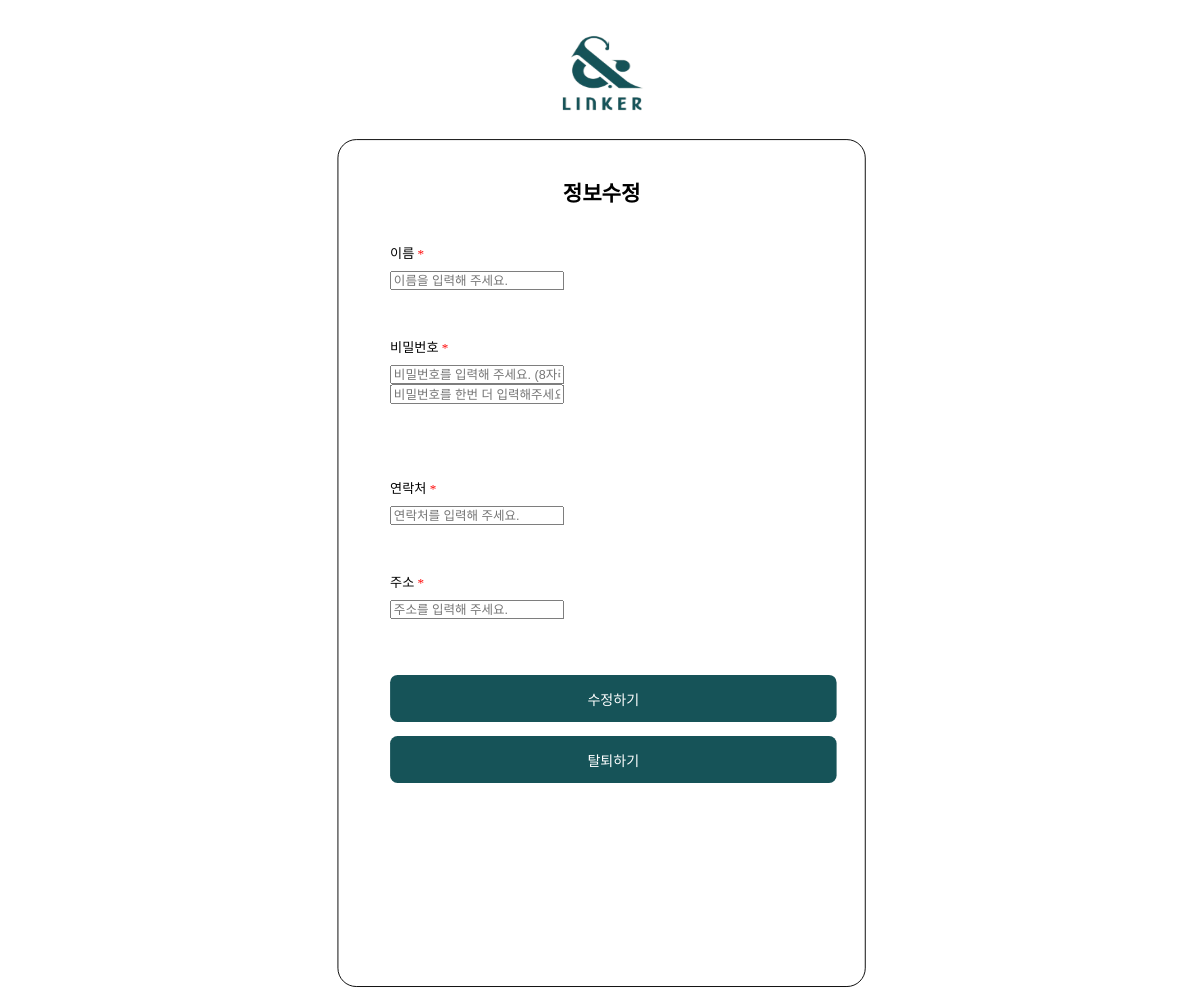
Repository: soomseting/let_me_go
Page: http://localhost/LINKER_re/jsp/main/user_update.jsp
The author's editor kept a copy of each file at every save. The page is drawn from the files as they stood at one save, then again after the next save.
The browser window is 1280 px wide. The pictures show the whole page, at 94% of full size.
The page is served by Tomcat 9.

Above is the page before, as saved 2025-03-24 05:53:54.
Console error: TypeError: Cannot set properties of null (setting 'onclick')

After the next save:
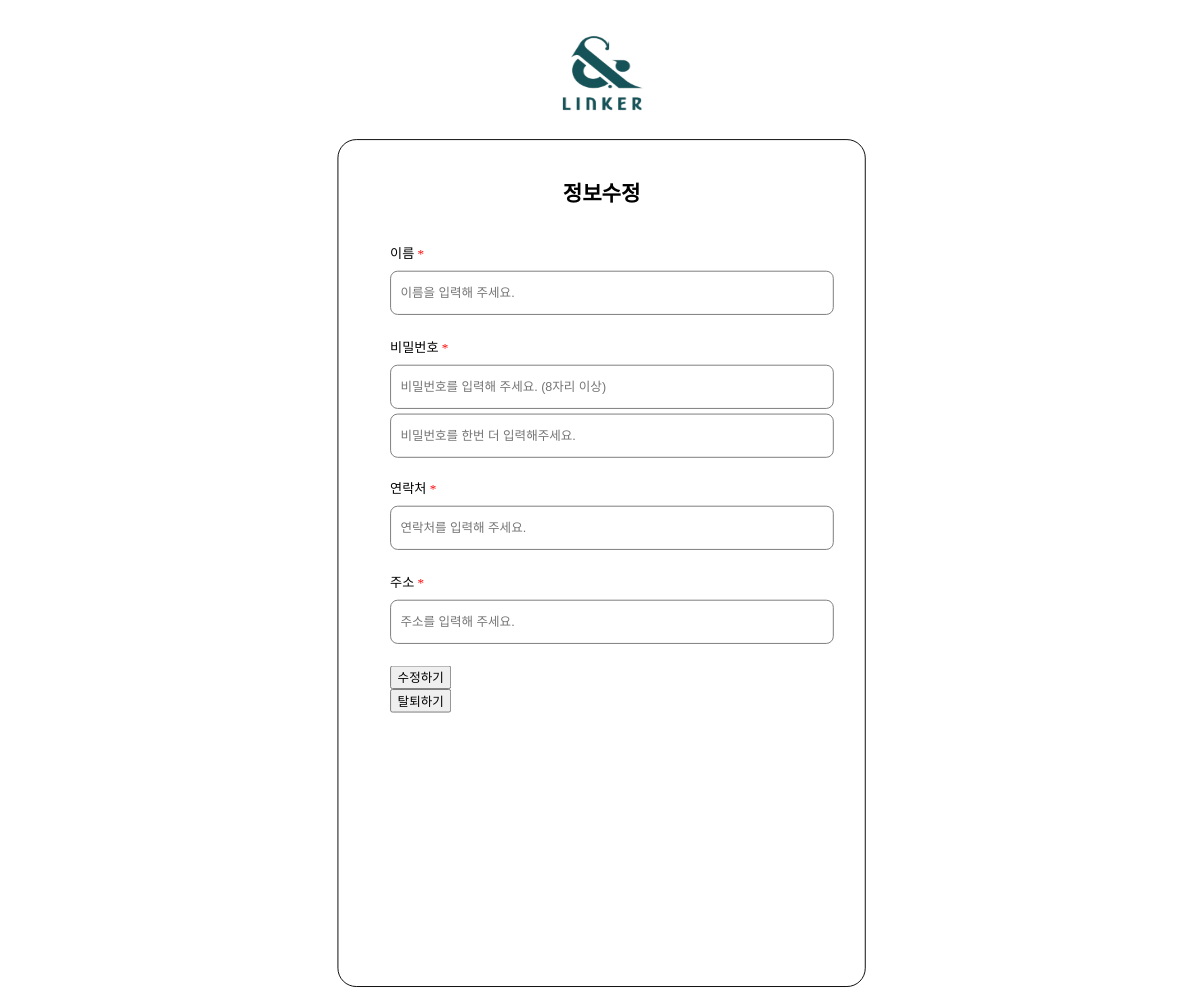
Saved 21 s later.
--- a/LINKER_re/src/main/webapp/css/sign_up.css
+++ b/LINKER_re/src/main/webapp/css/sign_up.css
@@ -10,13 +10,13 @@
 .su_con_box{width: 450px;height: 100px;margin: 0 auto;}
 .su_ct{font-size: 14px; margin-bottom: 10px;}
 .su_ct span{color: red;}
-.su_input>button{width: 450px;height: 45px; border-radius: 8px; border: 1px solid #777;margin-bottom: 5px;}
-.su_input button[placeholder]{padding: 0 10px;}
+.su_input input{width: 450px;height: 45px; border-radius: 8px; border: 1px solid #777;margin-bottom: 5px;}
+.su_input input[placeholder]{padding: 0 10px;}
 .su_con_one{margin-top: 50px;}
 /* .su_con_for{margin-top: 15px;} */
-.su_con_for button{width: 475px;height: 50px; margin-top: 10px; background: #165358; color: #fff;font-size: 15px;transition: 0.3s;border: none;}
-.su_con_for>.sui1:hover button{background: #518682; transition: 0.3s;border: none;cursor: pointer;}
-.su_con_for>.sui2:hover button{background: #518682; transition: 0.3s;border: none;cursor: pointer;}
+.su_con_for input{width: 475px;height: 50px; margin-top: 10px; background: #165358; color: #fff;font-size: 15px;transition: 0.3s;border: none;}
+.su_con_for>.sui1:hover input{background: #518682; transition: 0.3s;border: none;cursor: pointer;}
+.su_con_for>.sui2:hover input{background: #518682; transition: 0.3s;border: none;cursor: pointer;}
 
 #sign_up_agree{font-size: 10px;margin-bottom: 10px;color: rgb(154, 155, 167);}
 
